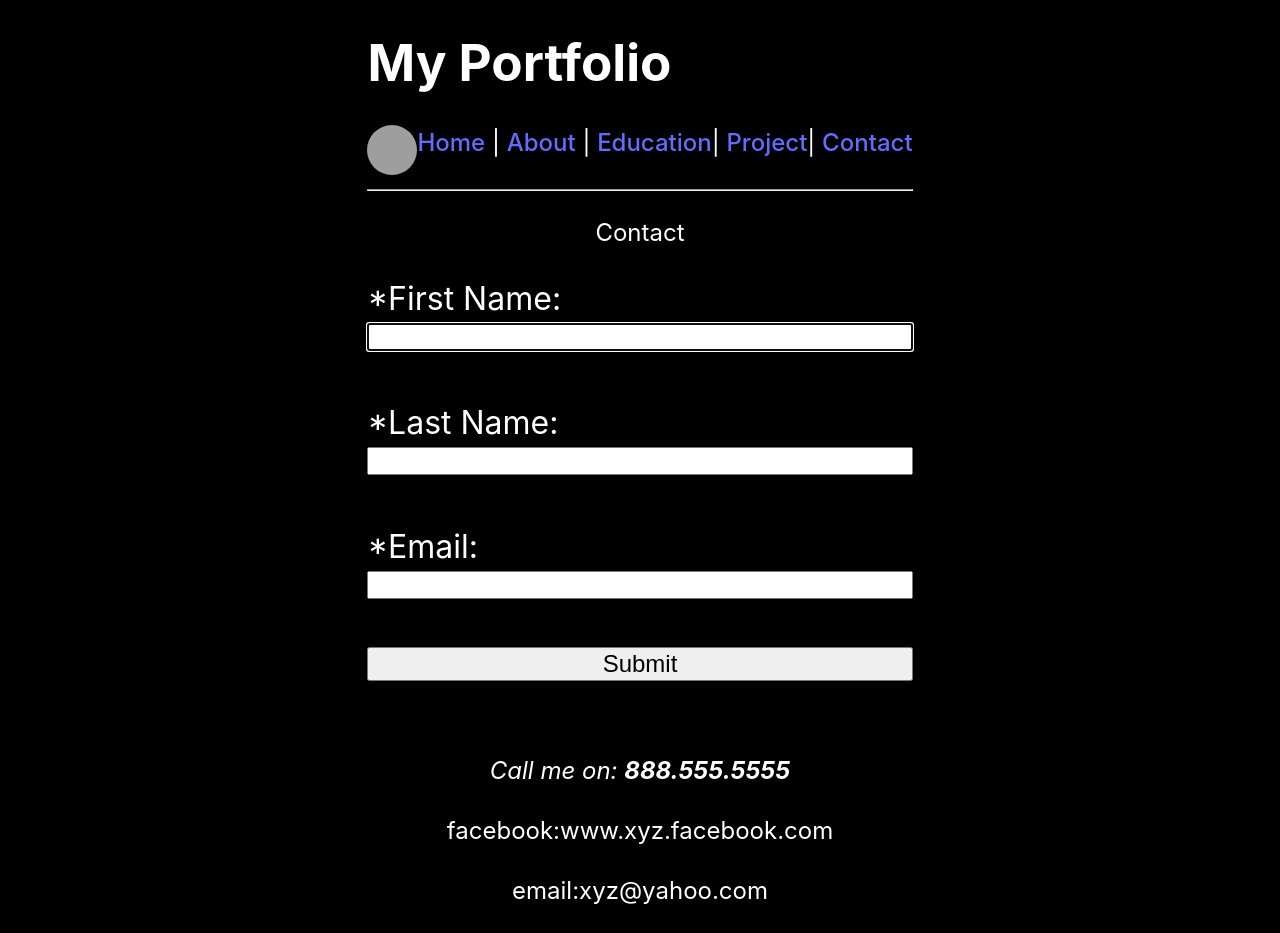
Repository: aislandmin/Personal-Portfolio-Express-MongoDB
Page: /contact (app in client/)
These files come from the project's save history. The page is drawn as it stood at one moment and after the next save; the edit follows.
The browser window is 1280 px wide. The pictures show the whole page.
Pictures or frames that could not be fetched are drawn as grey boxes. The project was rebuilt for these pictures with package versions that can differ from the ones it lists, and the page was loaded fresh each time. Also part of the build but not shown: client/vite.config.js, client/components/Home.jsx, client/src/about.css, client/src/about.jsx, client/src/education.jsx, client/src/project.css, client/src/project.jsx.

Above is the page before, as saved 2024-10-07 21:43:02.

### client/src/App.jsx
import React from 'react';
import { BrowserRouter as Router } from 'react-router-dom';
//import { ThemeProvider } from '@material-ui/styles';
import MainRouter from '../MainRouter';
//import Contact from './contact'
//import theme from '../theme';
//import { hot } from 'react-hot-loader'
const App = () => {
 return (
 <Router>

 <MainRouter />

 </Router>
 );
};
export default App;

### client/src/index.css
:root {
  font-family: Inter, system-ui, Avenir, Helvetica, Arial, sans-serif;
  line-height: 1.5;
  font-weight: 400;

  color-scheme: light dark;
  color: rgba(255, 255, 255, 0.87);
  background-color: #242424;

  font-synthesis: none;
  text-rendering: optimizeLegibility;
  -webkit-font-smoothing: antialiased;
  -moz-osx-font-smoothing: grayscale;
}

a {
  font-weight: 500;
  color: #646cff;
  text-decoration: inherit;
}
a:hover {
  color: #535bf2;
}

body {
  margin: 0;

  place-items: center;
  min-width: 320px;
  min-height: 100vh;
  background-color:black;
  color:white;
  align-content: center;
}

h1 {
  font-size: 3.2em;
  line-height: 1.1;
}

button {
  border-radius: 8px;
  border: 1px solid transparent;
  padding: 0.6em 1.2em;
  font-size: 1em;
  font-weight: 500;
  font-family: inherit;
  background-color: #1a1a1a;
  cursor: pointer;
  transition: border-color 0.25s;
}
button:hover {
  border-color: #646cff;
}
button:focus,
button:focus-visible {
  outline: 4px auto -webkit-focus-ring-color;
}

@media (prefers-color-scheme: light) {
  :root {
    color: #213547;
    background-color: #ffffff;
  }
  a:hover {
    color: #747bff;
  }
  button {
    background-color: #f9f9f9;
  }
}

nav {
float:right;
font-size:x-large;

}






.bg{
  position:absolute;
  top: -4em;
  right: 0;
  z-index: -1;
  object-fit: cover;
  height: 100vh;

}

.introContent {
  height: 100vh;
  width: 100vw;
  padding: 3em;
  padding-top: 1em;
  font-size: 3em;
  font-weight: 700;

  justify-content: center;
}

.hello {
  font-size: 1.75rem;
  font-weight:100px;
}

.introName {
  color: Blue;
}


.introPara {
  font-size: 40px;
  font-weight: 100;
}

.btn {
  background: white;
  margin: 1rem 0;
  padding: 0.75rem 1.5rem;
  border: none;
  border-radius: 2rem;
}


.btnImg{
  object-fit: cover;
  margin: 0 0.25rem;
  height: 1rem;
}

@media screen and (max-width:480px){
  .bg {
    right: -20vw
  }
}

img{
border-radius: 90%;
size: 40px;

}

html{
  scroll-behavior: smooth;
  overflow-x: hidden;
  overflow-y: scroll;
  margin-left: auto;
  margin-right: auto;
}

### client/MainRouter.jsx
import React from 'react'
import { Route, Routes } from 'react-router-dom'
import Home from './components/Home'
import About from './src/about'
import Contact from './src/contact'
import Education from './src/education'
import Project from './src/project'
import Layout from './components/layout'
const MainRouter = () => {
 return (<div>
 <Layout/>
 <Routes>

<Route exact path="/" element={<Home />} />
<Route exact path="/about" element={<About />} />
<Route exact path="/education" element={<Education />} />
<Route exact path="/project" element={<Project />} />
<Route exact path="/contact" element={<Contact />} />

 </Routes>
 </div>
 )
}
export default MainRouter

### client/src/contact.jsx
import '../src/contact.css'
import {create} from '../contact/api-contact.js'
//import {create} from './api-shop.js'
//import {Link, Navigate} from 'react-router-dom'
export default function Contact() {
     return (
     <>
     <p>Contact</p>
     <form id="ffp">


				<label htmlFor="myFName"> *First Name: </label>
				<input type="text" id="myFName" name="myFName" required="required" autoFocus /> <br /> <br />

				<label htmlFor="myLName"> *Last Name: </label>
				<input type="text" id="myLName" name="myLName" required="required" /> <br /> <br />


				<label htmlFor="myEmail"> *Email: </label>
				<input type="email" id="myEmail" name="myEmail" required="required" /> <br /> <br />

				<input type="submit" className="submit" value="Submit" /> <br />


		</form> <br></br>
          <p><i>Call me on: <strong>888.555.5555 </strong></i></p>
 <p>facebook:www.xyz.facebook.com</p>
 <p>email:xyz@yahoo.com</p>
     </>
     );
     }



   /*  import '../src/contact.css';
import { useState } from 'react';


export default function Contact() {
    const [formData, setFormData] = useState({
        myFName: '',
        myLName: '',
        myEmail: '',
    });

    const handleChange = (event) => {
        const { name, value } = event.target;
        setFormData((prevData) => ({
            ...prevData,
            [name]: value,
        }));
    };

    const handleSubmit = async (event) => {
        event.preventDefault(); // Prevent the default form submission

        try {
            const response = await fetch('http://localhost:3000/api/contacts', {
                method: 'POST',
                headers: {
                    'Content-Type': 'application/json',
                },
                body: JSON.stringify(formData),
            });

            if (!response.ok) {
                throw new Error('Network response was not ok');
            }

            const result = await response.json();
            console.log('Success:', result);
            alert('Data saved successfully!');
            // Optionally reset the form
            setFormData({
                myFName: '',
                myLName: '',
                myEmail: '',
            });
        } catch (error) {
            console.error('Error:', error);
            alert('There was an error saving the data.');
        }
    };

    return (
        <>
            <p>Contact</p>
            <form id="ffp" onSubmit={handleSubmit}>
                <label htmlFor="myFName"> *First Name: </label>
                <input
                    type="text"
                    id="myFName"
                    name="myFName"
                    value={formData.myFName}
                    onChange={handleChange}
                    required
                    autoFocus
                />
                <br />
                <br />

                <label htmlFor="myLName"> *Last Name: </label>
                <input
                    type="text"
                    id="myLName"
                    name="myLName"
                    value={formData.myLName}
                    onChange={handleChange}
                    required
                />
                <br />
                <br />

                <label htmlFor="myEmail"> *Email: </label>
                <input
                    type="email"
                    id="myEmail"
                    name="myEmail"
                    value={formData.myEmail}
                    onChange={handleChange}
                    required
                />
                <br />
                <br />

                <input type="submit" className="submit" value="Submit" />
                <br />
            </form>
            <br />
            <p>
                <i>Call me on: <strong>888.555.5555 </strong></i>
            </p>
            <p>facebook: www.xyz.facebook.com</p>
            <p>email: xyz@yahoo.com</p>
        </>
    );
}
*/

### client/components/layout.jsx
import React from 'react';
import { Link } from 'react-router-dom';
import football1 from '../src/assets/football1.jfif';
export default function Layout() {
 return (
 <>

 <h1>My Portfolio</h1>

 < img src={football1}alt="football" className="football" width="50px" height="50px"/>
 <nav>

 <Link to="/">Home</Link> | <Link to="/about">About</Link> | <Link to="/education">Education</Link>| <Link to="/project">Project</Link>| <Link to="/contact">Contact</Link>
 </nav>

<br/>
 <hr />

 </>

 );
}

### client/src/contact.css
#ffp{




    max-width: 50rem;
    display: flex;
    flex-direction: column;
    justify-content: center;
    margin: 0 auto;


}

label{
    font-size:xx-large;
}

input{
    font-size: larger;
}

.submit{
    font-size:x-large;
}

p,a{
    font-size:x-large;
    text-align: center;
}

### client/contact/api-contact.js
const create = async (params, credentials, contact) => {
    try {
      let response = await fetch('/api/contacts/by/'+ params.contactId, {
        method: 'POST',
        headers: {
          'Accept': 'application/json',
          'Authorization': 'Bearer ' + credentials.t
        },
        body: contact
      })
        return response.json()
      } catch(err) {
        console.log(err)
      }
  }

  const list = async (signal) => {
    try {
      let response = await fetch('/api/contacts', {
        method: 'GET',
        signal: signal
      })
      return response.json()
    }catch(err) {
      console.log(err)
    }
  }

  const listByOwner = async (params, credentials, signal) => {
    try {
      let response = await fetch('/api/contacts/by/'+params.contactId, {
        method: 'GET',
        signal: signal,
        headers: {
          'Accept': 'application/json',
          'Authorization': 'Bearer ' + credentials.t
        }
      })
      return response.json()
    }catch(err){
      console.log(err)
    }
  }

  const read = async (params, signal) => {
    try {
      let response = await fetch('/api/contact/' + params.contactId, {
        method: 'GET',
        signal: signal,
      })
      return response.json()
    }catch(err) {
      console.log(err)
    }
  }

  const update = async (params, credentials, contact) => {
    try {
      let response = await fetch('/api/contacts/' + params.contactId, {
        method: 'PUT',
        headers: {
          'Accept': 'application/json',
          'Authorization': 'Bearer ' + credentials.t
        },
        body: contact
      })
      return response.json()
    } catch(err) {
      console.log(err)
    }
  }

  const remove = async (params, credentials) => {
    try {
      let response = await fetch('/api/contacts/' + params.contactId, {
        method: 'DELETE',
        headers: {
          'Accept': 'application/json',
          'Content-Type': 'application/json',
          'Authorization': 'Bearer ' + credentials.t
        }
      })
      return response.json()
    } catch(err) {
      console.log(err)
    }
  }

  export {
    create,
    list,
    listByOwner,
    read,
    update,
    remove
  }

### client/src/education.css
:root {
    font-family: Inter, system-ui, Avenir, Helvetica, Arial, sans-serif;
    line-height: 1.5;
    font-weight: 400;

    color-scheme: light dark;
    color: rgba(255, 255, 255, 0.87);
    background-color: #242424;

    font-synthesis: none;
    text-rendering: optimizeLegibility;
    -webkit-font-smoothing: antialiased;
    -moz-osx-font-smoothing: grayscale;
  }

  a {
    font-weight: 500;
    color: #646cff;
    text-decoration: inherit;
  }
  a:hover {
    color: #535bf2;
  }

  body {
    margin: auto;

    place-items: center;
    min-width: 320px;
    min-height: 100vh;
    background-color:black;
    color:white;
    align-content: center;
  }

  h1 {
    font-size: 3.2em;
    line-height: 1.1;
  }

  button {
    border-radius: 8px;
    border: 1px solid transparent;
    padding: 0.6em 1.2em;
    font-size: 1em;
    font-weight: 500;
    font-family: inherit;
    background-color: #1a1a1a;
    cursor: pointer;
    transition: border-color 0.25s;
  }
  button:hover {
    border-color: #646cff;
  }
  button:focus,
  button:focus-visible {
    outline: 4px auto -webkit-focus-ring-color;
  }

  @media (prefers-color-scheme: light) {
    :root {
      color: #213547;
      background-color: #ffffff;
    }
    a:hover {
      color: #747bff;
    }
    button {
      background-color: #f9f9f9;
    }
  }

  nav {
  float:right;
  font-size:x-large;

  }






  .bg{
    position:absolute;
    top: -4em;
    right: 0;
    z-index: -1;
    object-fit: cover;
    height: 100vh;

  }

  .introContent {
    height: 100vh;
    width: 100vw;
    padding: 3em;
    padding-top: 1em;
    font-size: 3em;
    font-weight: 700;

    justify-content: center;
  }

  .hello {
    font-size: 1.75rem;
    font-weight:100px;
  }

  .introName {
    color: Blue;
  }


  .introPara {
    font-size: 40px;
    font-weight: 100;
  }

  .btn {
    background: white;
    margin: 1rem 0;
    padding: 0.75rem 1.5rem;
    border: none;
    border-radius: 2rem;
  }


  .btnImg{
    object-fit: cover;
    margin: 0 0.25rem;
    height: 1rem;
  }

  @media screen and (max-width:480px){
    .bg {
      right: -20vw
    }
  }

  img{
  border-radius: 90%;
  size: 40px;

  }

  html{
    scroll-behavior: smooth;
    overflow-x: hidden;
    overflow-y: scroll;
    margin-left: auto;
    margin-right: auto;
  }

Loaded but not shown: client/index.html (common file); client/src/main.jsx (common file)

After the next save:
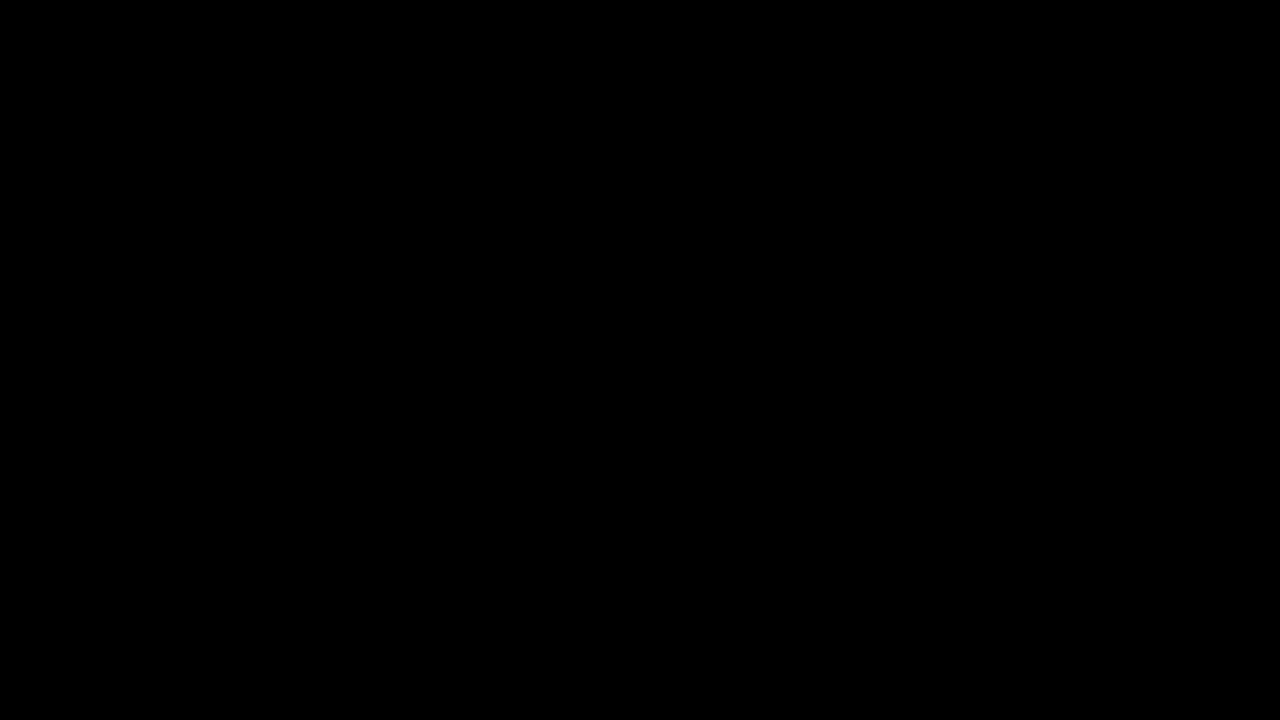
Console error (its wording comes from the project's code and is left out).
Saved 14 min 50 s later.
--- a/client/src/contact.jsx
+++ b/client/src/contact.jsx
@@ -1,4 +1,4 @@
-import '../src/contact.css'
+/*import '../src/contact.css'
 import {create} from '../contact/api-contact.js'
 //import {create} from './api-shop.js'
 //import {Link, Navigate} from 'react-router-dom'

After the 3 saves that followed:
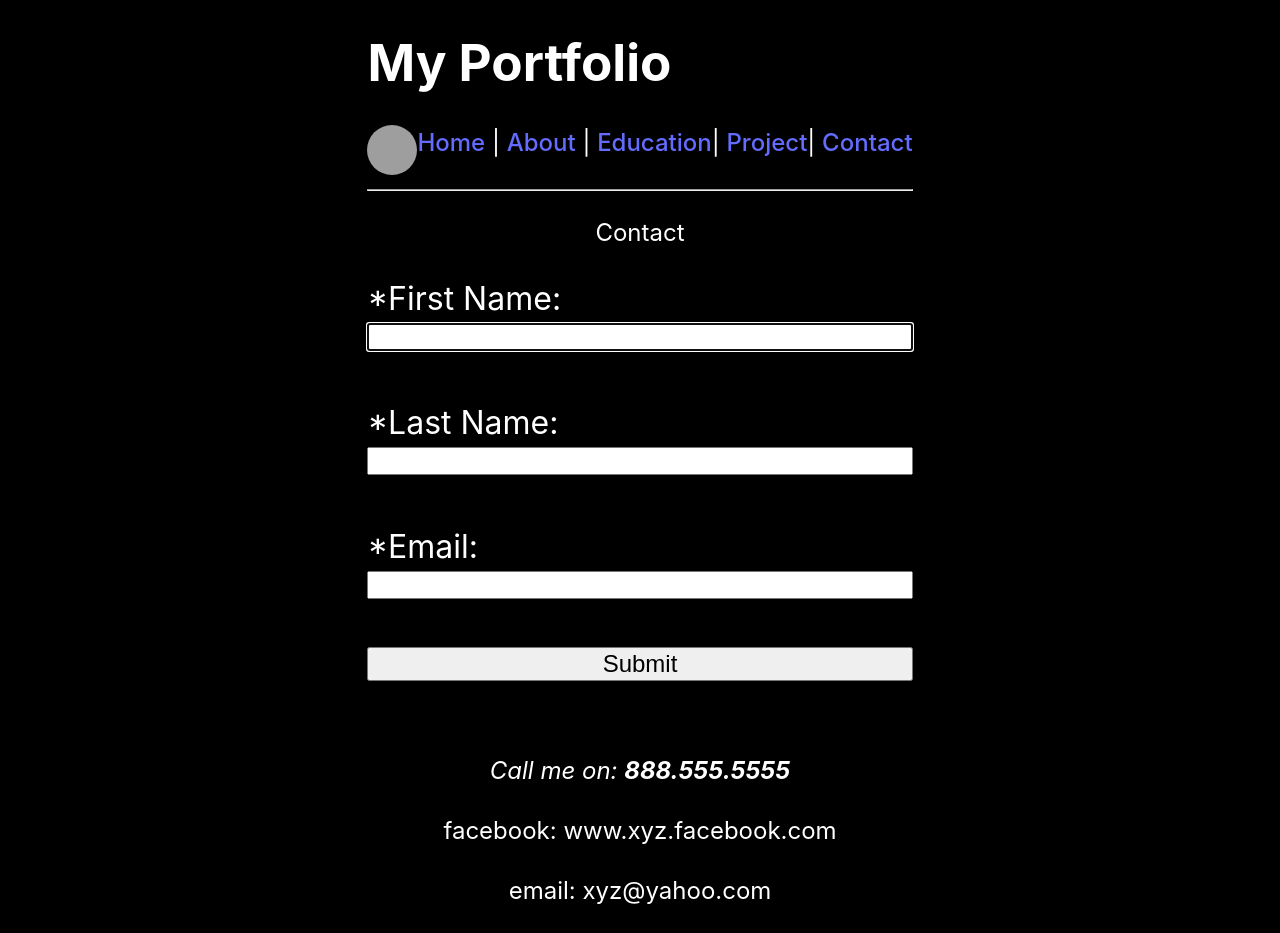
The error is gone.
The 3 saves are shown as one change because 1 did not build or start and 1 left the picture as it was.
The last was saved 27 s later.
--- a/client/src/contact.jsx
+++ b/client/src/contact.jsx
@@ -30,9 +30,9 @@ export default function Contact() {
      );
      }
 
+    */
 
-
-   /*  import '../src/contact.css';
+     import '../src/contact.css';
 import { useState } from 'react';
 
 
@@ -135,4 +135,3 @@ export default function Contact() {
         </>
     );
 }
-*/
